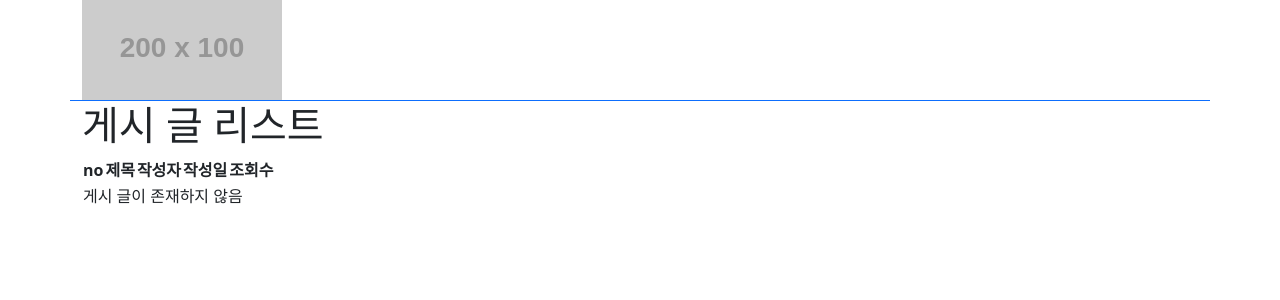
Repository: lopanghub/git_study
Page: http://localhost/JSPClassCh0610/boardList
An editor plug-in stored every save of this project. The page is shown before and after the next save, followed by the edit.
The browser window is 1280 px wide. The pictures show the whole page.
The page is served by Tomcat 9. Other server files are loaded and not shown. Queries for data that is not in the repository find no rows.

Above is the page before, as saved 2024-04-22 09:29:59.

### JSPClassCh0610/src/main/webapp/WEB-INF/board/boardList.jsp
<%@page import="com.jspstudy.ch06.vo.Board"%>
<%@page import="java.util.*"%>
<%@page import="java.sql.*"%>
<%@ page language="java" contentType="text/html; charset=UTF-8"
    pageEncoding="UTF-8"%>
<%@ taglib prefix="c" uri="http://java.sun.com/jsp/jstl/core" %>
<!DOCTYPE html>
<html>
<head>
<meta charset="UTF-8">
<title>Insert title here</title>
<link href="bootstrap/bootstrap.min.css" rel="stylesheet">
</head>
<body>
	<div class="container">
	<div class="row border-bottom border-primary">
		<div class="col-4">
			<img src="https://via.placeholder.com/200x100">
		</div>
	</div>
	<h1>게시 글 리스트</h1>
	<table>
		<tr>
			<th>no</th>
			<th>제목</th>
			<th>작성자</th>
			<th>작성일</th>
			<th>조회수</th>
		</tr>
		<!-- 게시 글이 있는 경우 - 비어있지 않는 경우 -->
		<c:if test="${ not empty bList }">
			<c:forEach var="board" items="${ bList }">
			<tr>
				<td>${board.no}</td>
				<td>${board.title}</td>
				<td>${board.writer}</td>
				<td>${board.regDate}</td>
				<td>${board.readCount}</td>
			</tr>
			</c:forEach>
		</c:if>
		<!-- 게시 글이 없는 경우 - 비어 있으면 -->
		<c:if test="${ empty bList }">
			<tr>
				<td colspan="5">게시 글이 존재하지 않음</td>
			</tr>
		</c:if>
	</table>
	<script src="bootstrap/bootstrap.bundle.min.js"></script>
	</div>
</body>
</html>

### JSPClassCh0610/src/main/java/com/jspstudy/ch06/controller/BoardListController.java
package com.jspstudy.ch06.controller;

import java.io.IOException;
import java.sql.Connection;
import java.sql.DriverManager;
import java.sql.PreparedStatement;
import java.sql.ResultSet;
import java.sql.SQLException;
import java.util.ArrayList;
import java.util.List;

import javax.servlet.RequestDispatcher;
import javax.servlet.ServletException;
import javax.servlet.annotation.WebServlet;
import javax.servlet.http.HttpServlet;
import javax.servlet.http.HttpServletRequest;
import javax.servlet.http.HttpServletResponse;

import com.jspstudy.ch06.dao.BoardDao;
import com.jspstudy.ch06.dao.BoardDao01;
import com.jspstudy.ch06.vo.Board;

@WebServlet("/boardList")
public class BoardListController extends HttpServlet {

	@Override
	protected void doGet(
			HttpServletRequest request, HttpServletResponse response)
					throws ServletException, IOException {

		BoardDao dao = new BoardDao();
		List<Board> bList = dao.boardList();

		request.setAttribute("bList", bList);

		RequestDispatcher rd =
				request.getRequestDispatcher("/WEB-INF/board/boardList.jsp");
		rd.forward(request, response);
	}
}

### JSPClassCh0610/src/main/java/com/jspstudy/ch06/dao/BoardDao.java
package com.jspstudy.ch06.dao;

import java.sql.Connection;
import java.sql.DriverManager;
import java.sql.PreparedStatement;
import java.sql.ResultSet;
import java.sql.SQLException;
import java.util.ArrayList;
import java.util.List;

import javax.naming.Context;
import javax.naming.InitialContext;
import javax.naming.NamingException;
import javax.sql.DataSource;

import com.jspstudy.ch06.vo.Board;

public class BoardDao {

	private static final String USER = "scott";
	private static final String PASS = "tiger";
	private static final String DRIVER = "oracle.jdbc.driver.OracleDriver";
	private static final String URL = "jdbc:oracle:thin:@192.168.0.228:1521:orcl";
	//String url = "jdbc:oracle:thin:@localhost:1521:orcl";

	// JDBC DB 프로그램에 필요한 객체
	private Connection conn;
	private PreparedStatement pstmt;
	private ResultSet rs;
	private DataSource ds;

	public BoardDao() {
		try {
			// JNDI DBCP 사용하기 위한 기준 객체 생성
			Context initContext = new InitialContext();

			// java:/comp/env/이 아래에서 우리가 만든 이름
			Context envContext = (Context) initContext.lookup("java:/comp/env");
			// java:/comp/env/jdbc/bbsDBPool
			ds = (DataSource) envContext.lookup("jdbc/bbsDBPool");

		} catch (NamingException e) {
			e.printStackTrace();
		}
	}

	// 하나하나의 기능 - 메서드(함수)
	// DB 테이블에서 게시 글 리스트를 읽어와서 반환하는 메서드
	// 1 String,
	public List<Board> boardList() {

		String sqlBoardList = "SELECT * FROM jspbbs ORDER BY no DESC";
		List<Board> bList = null;

		try {
			// 2. DB에 연결
			conn = ds.getConnection();

			// 3. DB에 sql 쿼리를 발행해 주는 객체 -
			pstmt =
					conn.prepareStatement(sqlBoardList);

			// 4. DB에 쿼리를 발행하고 테이블에서 조회한 결과 집합을 받는다.
			rs = pstmt.executeQuery();

			bList = new ArrayList<>();

			while(rs.next()) {
				// 한 행씩 데이터를 추출해서 Board 객체 담고 List에 담는다.
				Board b = new Board();
				b.setNo(rs.getInt(1));
				b.setTitle(rs.getString("title"));
				b.setWriter(rs.getString("writer"));
				b.setRegDate(rs.getTimestamp("reg_date"));
				b.setReadCount(rs.getInt("read_count"));
				b.setFile1(rs.getString("file1"));

				bList.add(b);
			}

		} catch(SQLException e) {
			e.printStackTrace();

		} finally {
			try {
				// DB 작업에 사용한 자원을 해제 - 앞에서 가져온 역순으로 닫는다.
				if(rs != null) rs.close();
				if(pstmt != null) pstmt.close();
				if(conn != null) conn.close();
			} catch(SQLException e) {
				e.printStackTrace();
			}
		}

		return bList;
	} // end boardList()


}

Loaded but not shown: JSPClassCh0610/src/main/webapp/bootstrap/bootstrap.min.css (library); JSPClassCh0610/src/main/webapp/bootstrap/bootstrap.bundle.min.js (library)

After the next save:
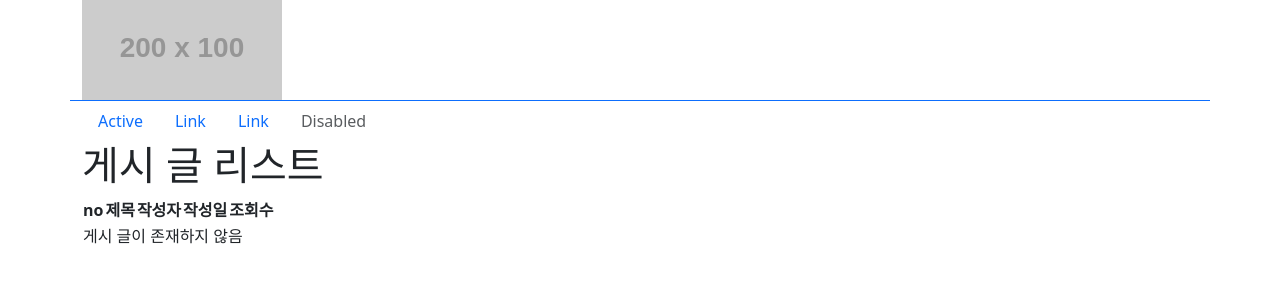
Saved 4 min 57 s later.
--- a/JSPClassCh0610/src/main/webapp/WEB-INF/board/boardList.jsp
+++ b/JSPClassCh0610/src/main/webapp/WEB-INF/board/boardList.jsp
@@ -2,8 +2,8 @@
 <%@page import="java.util.*"%>
 <%@page import="java.sql.*"%>
 <%@ page language="java" contentType="text/html; charset=UTF-8"
-    pageEncoding="UTF-8"%>
-<%@ taglib prefix="c" uri="http://java.sun.com/jsp/jstl/core" %>
+	pageEncoding="UTF-8"%>
+<%@ taglib prefix="c" uri="http://java.sun.com/jsp/jstl/core"%>
 <!DOCTYPE html>
 <html>
 <head>
@@ -13,40 +13,54 @@
 </head>
 <body>
 	<div class="container">
-	<div class="row border-bottom border-primary">
-		<div class="col-4">
-			<img src="https://via.placeholder.com/200x100">
+		<div class="row border-bottom border-primary">
+			<div class="col-4">
+				<img src="https://via.placeholder.com/200x100">
+			</div>
 		</div>
-	</div>
-	<h1>게시 글 리스트</h1>
-	<table>
-		<tr>
-			<th>no</th>
-			<th>제목</th>
-			<th>작성자</th>
-			<th>작성일</th>
-			<th>조회수</th>
-		</tr>
-		<!-- 게시 글이 있는 경우 - 비어있지 않는 경우 -->
-		<c:if test="${ not empty bList }">
-			<c:forEach var="board" items="${ bList }">
+		<div class="col-8">
+			<div class="row">
+				<div class="col">
+					<ul class="nav">
+						<li class="nav-item"><a class="nav-link active"
+							aria-current="page" href="#">Active</a></li>
+						<li class="nav-item"><a class="nav-link" href="#">Link</a></li>
+						<li class="nav-item"><a class="nav-link" href="#">Link</a></li>
+						<li class="nav-item"><a class="nav-link disabled"
+							aria-disabled="true">Disabled</a></li>
+					</ul>
+				</div>
+			</div>
+		</div>
+		<h1>게시 글 리스트</h1>
+		<table>
 			<tr>
-				<td>${board.no}</td>
-				<td>${board.title}</td>
-				<td>${board.writer}</td>
-				<td>${board.regDate}</td>
-				<td>${board.readCount}</td>
+				<th>no</th>
+				<th>제목</th>
+				<th>작성자</th>
+				<th>작성일</th>
+				<th>조회수</th>
 			</tr>
-			</c:forEach>
-		</c:if>
-		<!-- 게시 글이 없는 경우 - 비어 있으면 -->
-		<c:if test="${ empty bList }">
-			<tr>
-				<td colspan="5">게시 글이 존재하지 않음</td>
-			</tr>
-		</c:if>
-	</table>
-	<script src="bootstrap/bootstrap.bundle.min.js"></script>
+			<!-- 게시 글이 있는 경우 - 비어있지 않는 경우 -->
+			<c:if test="${ not empty bList }">
+				<c:forEach var="board" items="${ bList }">
+					<tr>
+						<td>${board.no}</td>
+						<td>${board.title}</td>
+						<td>${board.writer}</td>
+						<td>${board.regDate}</td>
+						<td>${board.readCount}</td>
+					</tr>
+				</c:forEach>
+			</c:if>
+			<!-- 게시 글이 없는 경우 - 비어 있으면 -->
+			<c:if test="${ empty bList }">
+				<tr>
+					<td colspan="5">게시 글이 존재하지 않음</td>
+				</tr>
+			</c:if>
+		</table>
+		<script src="bootstrap/bootstrap.bundle.min.js"></script>
 	</div>
 </body>
 </html>
